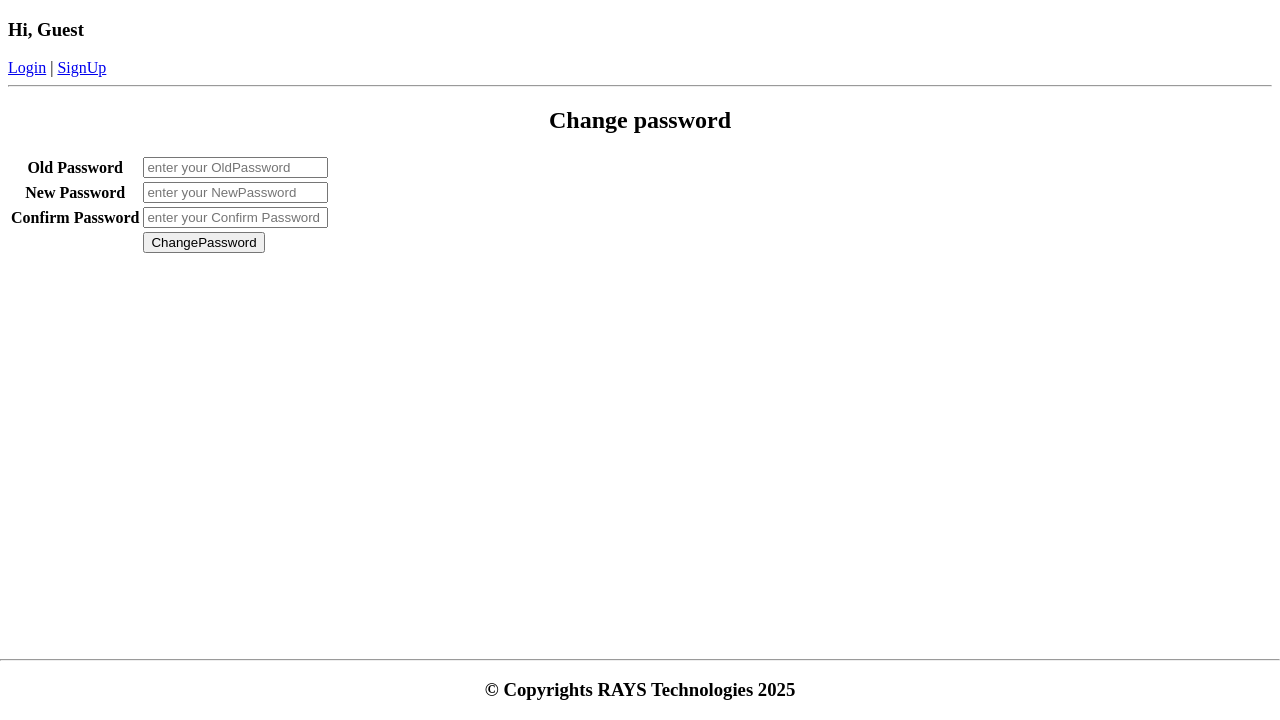
Repository: Deepak9669/JSP-Servlet
Page: http://localhost/Dynamic-Web-Project/ChangePasswordView.jsp
These files come from the project's save history. The page is drawn as it stood at one moment and after the next save; the edit follows.
The browser window is 1280 px wide. The pictures show the whole page.
The page is served by Tomcat 9.

Above is the page before, as saved 2025-10-07 09:54:03.

After the next save:
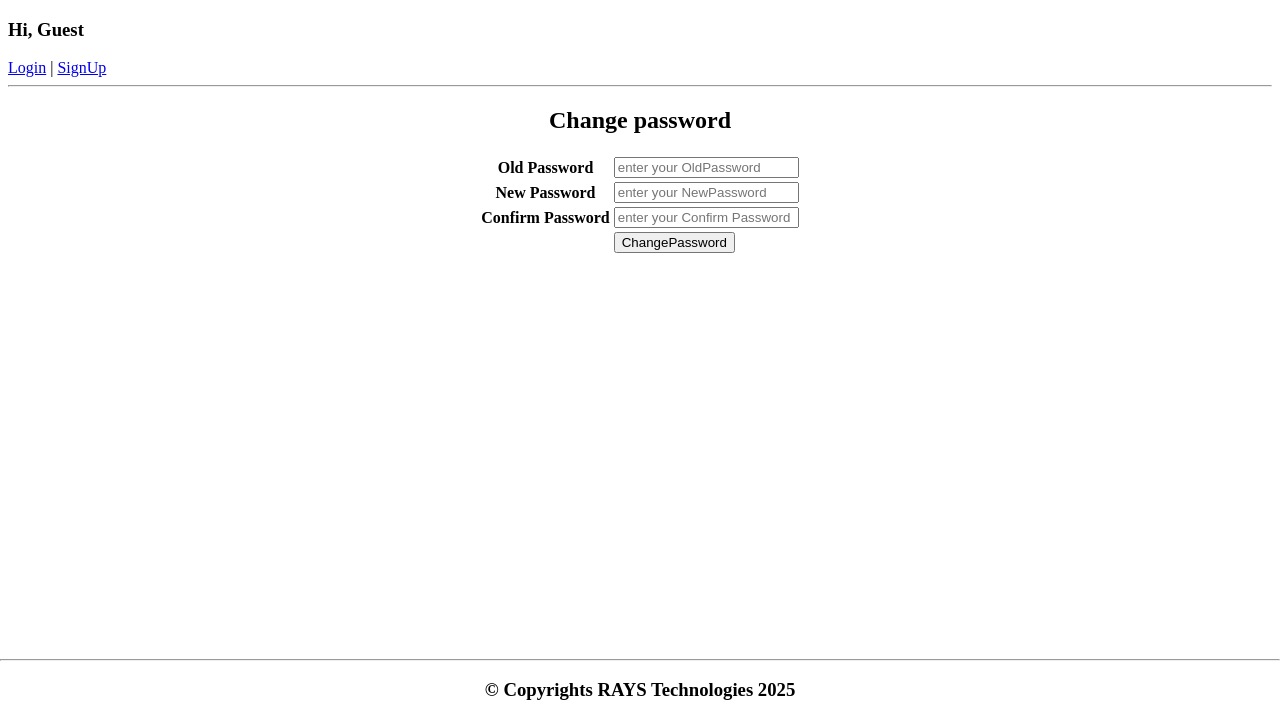
Saved 31 s later.
--- a/Dynamic-Web-Project/WebContent/ChangePasswordView.jsp
+++ b/Dynamic-Web-Project/WebContent/ChangePasswordView.jsp
@@ -7,16 +7,16 @@
 <title>Insert title here</title>
 </head>
 <body>
-		<%
-			String errorMsg = (String) request.getAttribute("errorMsg");
-			String sucessMsg = (String) request.getAttribute("sucessMsg");
-		%>
+	<%
+		String errorMsg = (String) request.getAttribute("errorMsg");
+		String sucessMsg = (String) request.getAttribute("sucessMsg");
+	%>
 
 
 	<%@ include file="Header.jsp"%>
-	<div align="">
+	<div align="center">
 
-	<h2 align="center">Change password</h2>
+		<h2 align="center">Change password</h2>
 
 		<%
 			if (errorMsg != null) {
